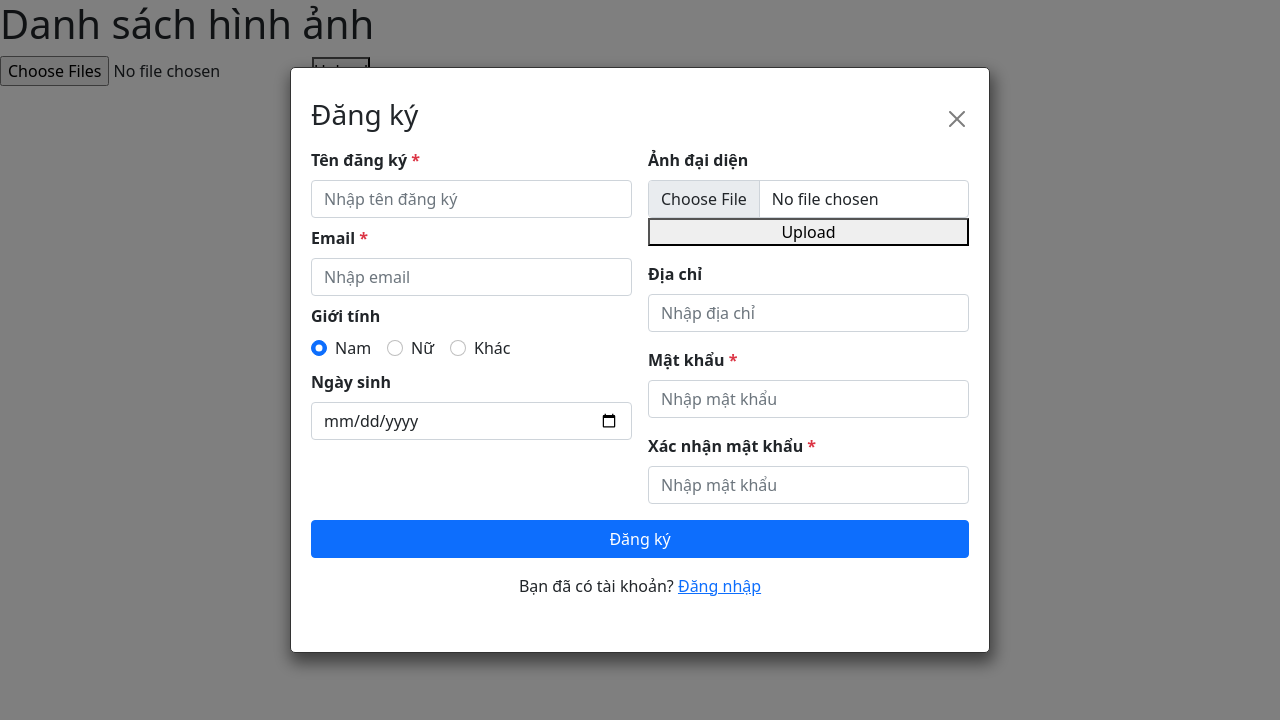
Repository: TinhTT336/MD02_Session14
Page: / (app in client/)
These files come from the project's save history. The page is drawn as it stood at one moment and after the next save; the edit follows.
The browser window is 1280 px wide. The pictures show the whole page.
The page's requests for data from a server got no answer. The project was rebuilt for these pictures with package versions that can differ from the ones it lists, and the page was loaded fresh each time. No one was signed in, and anything a server would have sent is missing. Also part of the build but not shown: client/vite.config.js, client/src/components/register/Register.jsx, client/src/index.css.

Above is the page before, as saved 2023-09-14 11:13:53.

### client/index.html
<!DOCTYPE html>
<html lang="en">
  <head>
    <meta charset="UTF-8" />
    <link rel="icon" type="image/svg+xml" href="/vite.svg" />
    <meta name="viewport" content="width=device-width, initial-scale=1.0" />
    <title>Vite + React</title>
    <link
      href="https://cdn.jsdelivr.net/npm/bootstrap@5.0.2/dist/css/bootstrap.min.css"
      rel="stylesheet"
      integrity="sha384-EVSTQN3/azprG1Anm3QDgpJLIm9Nao0Yz1ztcQTwFspd3yD65VohhpuuCOmLASjC"
      crossorigin="anonymous"
    />
    <link
      rel="stylesheet"
      href="https://cdnjs.cloudflare.com/ajax/libs/font-awesome/6.4.2/css/all.min.css"
      integrity="sha512-z3gLpd7yknf1YoNbCzqRKc4qyor8gaKU1qmn+CShxbuBusANI9QpRohGBreCFkKxLhei6S9CQXFEbbKuqLg0DA=="
      crossorigin="anonymous"
      referrerpolicy="no-referrer"
    />
  </head>
  <body>
    <div id="root"></div>
    <script type="module" src="/src/main.jsx"></script>
  </body>
</html>

### client/src/App.jsx

import './App.css'
import UploadSingleFile from './components/UploadSingleFile'
import Register from './components/register/Register'
import RegisterWithImg from './components/register/RegisterWithImg'

function App() {

  return (
    <>
      <UploadSingleFile />
      {/* <Register /> */}
      <RegisterWithImg />
    </>
  )
}

export default App

### client/src/components/UploadSingleFile.jsx
import React, { useEffect, useState } from 'react'
import { storage } from "../firebase/configFirebase";
import { getDownloadURL, listAll, ref, uploadBytes } from 'firebase/storage';
import ReactPlayer from 'react-player'
// import React, { useState } from 'react';

export default function UploadSingleFile() {
    const [imageUpload, setImageUpload] = useState(null);
    const [imageUrls, setImageUrls] = useState([]);

    //tao 1 tham chieu den thu muc chua kho anh tren firebase
    const imageListRef = ref(storage, 'images/')

    // ham upload file len Firebase
    const uploadFiles = (files) => {
        //xu ly duoc tac vu them nhieu file=> bat dong bo=> su dung Promise
        Promise.all(files.map(file => {
            //tao 1 tham chieu <=>tao 1 folder tren firebase
            const imageRef = ref(storage, `images/${file.name}`);
            return uploadBytes(imageRef, file).then(snapshot => {
                return getDownloadURL(snapshot.ref);
            }).then(urls => {
                //tra ve danh sach cac URL
                setImageUrls((prev => [...prev, urls]))
            })
        }))
    }

    const handleSelectFiles = (e) => {
        //lay tat ca cac gia tri trong o input co type="file"
        const files = Array.from(e.target.files);
        // console.log(files);
        setImageUpload(files);
    }
    //khi click vao nut upload thi tien hanh upload len firebase
    const handleUpload = (e) => {
        if (!imageUpload) {
            return;
        } else {
            uploadFiles(imageUpload)
        }
    }

    // lay url tren firebase
    useEffect(() => {
        listAll(imageListRef).then(response => {
            //response tra ve la 1 mang danh sach cac URL
            response.items.forEach(item => {
                getDownloadURL(item).then(url => {
                    //danh sach url
                    setImageUrls((prev) => [...prev, url]);
                })
            })
        })
    }, []);

    return (
        <>
            <h1>Danh sách hình ảnh</h1>
            <div style={{ display: "flex", gap: 10, }}>
                {imageUrls.map(url => (
                    // <img src={url} alt="anh" key={url} height={200} width={200} style={{ objectFit: "cover" }} />
                    <ReactPlayer url={url} controls={true} />
                ))}
            </div >
            <input type="file" onChange={handleSelectFiles} multiple />
            <button onClick={handleUpload}>Upload</button>
        </>
    )
}

### client/src/components/register/RegisterWithImg.jsx
import React, { useEffect, useState } from 'react'
// import { storage } from "../firebase/configFirebase";
import { storage } from "../../firebase/configFirebase";
import { getDownloadURL, listAll, ref, uploadBytes } from 'firebase/storage';
import ReactPlayer from 'react-player'

export default function RegisterWithImg() {
    const [imageUpload, setImageUpload] = useState(null);
    const [imageUrls, setImageUrls] = useState([]);

    //tao 1 tham chieu den thu muc chua kho anh tren firebase
    const imageListRef = ref(storage, 'images/')

    // ham upload file len Firebase
    const uploadFiles = (files) => {
        //xu ly duoc tac vu them nhieu file=> bat dong bo=> su dung Promise
        Promise.all(files.map(file => {
            //tao 1 tham chieu <=>tao 1 folder tren firebase
            const imageRef = ref(storage, `images/${file.name}`);
            return uploadBytes(imageRef, file).then(snapshot => {
                return getDownloadURL(snapshot.ref);
            }).then(urls => {
                //tra ve danh sach cac URL
                setImageUrls((prev => [...prev, urls]))
            })
        }))
    }

    const handleSelectFiles = (e) => {
        //lay tat ca cac gia tri trong o input co type="file"
        const files = Array.from(e.target.files);
        // console.log(files);
        setImageUpload(files);
    }
    //khi click vao nut upload thi tien hanh upload len firebase
    const handleUpload = (e) => {
        if (!imageUpload) {
            return;
        } else {
            uploadFiles(imageUpload)
        }
    }

    // lay url tren firebase
    useEffect(() => {
        listAll(imageListRef).then(response => {
            //response tra ve la 1 mang danh sach cac URL
            response.items.forEach(item => {
                getDownloadURL(item).then(url => {
                    //danh sach url
                    setImageUrls((prev) => [...prev, url]);
                })
            })
        })
    }, []);

    const [gender, setGender] = useState(0);

    // danh sach gender
    const listGender = [
        {
            id: 0,
            title: "Nam"
        },
        {
            id: 1,
            title: "Nữ"
        },
        {
            id: 2,
            title: "Khác"
        }
    ]

    const [user, setUser] = useState({
        user_name: '',
        gender: 0,
        dateOfBirth: "",
        email: '',
        address: "",
        password: '',
        role: 1,
        avatar: "",
        confirmPassword: "",
    });
    const [usernameError, setUsernameError] = useState("");
    const [emailError, setEmailError] = useState("");
    const [passwordError, setPasswordError] = useState("");
    const [confirmPasswordError, setConfirmPasswordError] = useState("");


    // ham validate du lieu
    const validateData = (nameInput, valueInput) => {
        switch (nameInput) {
            case "user_name":
                if (!valueInput) {
                    setUsernameError("Tên không được để trống");
                    return;
                } else {
                    setUsernameError("");
                    return;
                }
            case "email":
                if (!valueInput) {
                    setEmailError("Email không được để trống");
                    return;
                }
                else if (valueInput.test(/^[\w-\.]+@([\w-]+\.)+[\w-]{2,4}$/)) {
                    setEmailError("Email không đúng định dạng");
                } else {
                    setEmailError("");
                    return;
                }
            case "password":
                if (!valueInput) {
                    setPasswordError("Password không được để trống");
                    return;
                }
                else if (valueInput.length < 4) {
                    setPasswordError("Password tối thiểu 4 ký tự");
                } else {
                    setPasswordError("");
                    return;
                }
            case "confirmPassword":
                if (!valueInput) {
                    setConfirmPasswordError("Mật khẩu không được để trống")
                    return;
                } else if (valueInput !== user.password) {
                    setConfirmPasswordError("Mật khẩu không khớp");
                    return;
                } else {
                    setConfirmPasswordError("");
                }
                break;
            default:
                break;
        }
    }

    // ham lay du lieu tu o input
    const handleChange = (e) => {
        const { name, value } = e.target;
        validateData(name, value);
        setUser({ ...user, [name]: value });
    }

    // ham submit
    const handleSubmit = (e) => {
        e.preventDefault();
        validateData("user_name", user.user_name)
        validateData("email", user.email)
        validateData("password", user.password)
        validateData("confirmPassword", user.confirmPassword)
        // console.log(user);
        if (user.user_name && user.email && user.password && user.confirmPassword) {
            const newUser = {
                user_name,
                gender,
                dateOfBirth,
                email,
                address,
                password,
                role: 1,
                avatar,
            }
        }

    }

    return (
        <>
            <div className='container-login'>
                <form className='form-login' onSubmit={handleSubmit}>
                    <div className='d-flex justify-content-between align-items-center mb-2'>
                        <h3>Đăng ký</h3>
                        <div className='btn btn-close'></div>
                    </div>
                    <div className='d-flex justify-content-between gap-10'>
                        <div className='w-50 me-3'>
                            <div className='form-group mb-2'>
                                <label className='form-label' htmlFor="user_name">Tên đăng ký <span className="text-danger">*</span></label>
                                <input onChange={handleChange} className="form-control" type="text" name="user_name" id="user_name" placeholder='Nhập tên đăng ký'
                                />
                                {usernameError && <div className='text-err mt-1'>{usernameError}</div>}
                            </div>
                            <div className='form-group mb-2'>
                                <label className='form-label' htmlFor="email">Email <span className="text-danger">*</span></label>
                                <input onChange={handleChange} className="form-control" type="text" name="email" id="email"
                                    placeholder='Nhập email' />
                                {emailError && <div className='text-err mt-1'>{emailError}</div>}
                            </div>
                            <div className='d-flex flex-column'>
                                <label htmlFor="gender" className="form-label me-4">
                                    Giới tính
                                </label>
                                <div className='d-flex'>
                                    {listGender.map(g => (
                                        <div className="form-check me-3" key={g.id}>
                                            <input
                                                className="form-check-input"
                                                type="radio" checked={g.id === gender}
                                                name="gender" onChange={() => setGender(g.id)}
                                            />
                                            <label className="form-check-label" htmlFor="gender">{g.title}</label>
                                        </div>
                                    ))}
                                </div>
                            </div>
                            <div className='form-group mb-2 mt-2'>
                                <label className='form-label' htmlFor="dateOfBirth">Ngày sinh</label>
                                <input onChange={handleChange} className='form-control' type="date" name="dateOfBirth" id="dateOfBirth" placeholder='Nhập ngày sinh'
                                />
                            </div>
                        </div>
                        <div className='w-50'>
                            <div className='form-group mb-3'>
                                <label className='form-label' htmlFor="avatar">Ảnh đại diện</label>
                                <div style={{ display: "flex", gap: 10, }}>
                                    {imageUrls.map(url => (
                                        <img src={url} alt="anh" key={url} height={100} width={100} style={{ objectFit: "cover", border: "50%" }} />
                                    ))}
                                </div >
                                <input type="file" onChange={handleSelectFiles} className='form-control' name="avatar" id="avatar" />
                                <button onClick={handleUpload}>Upload</button>
                            </div>
                            <div className='form-group mb-3'>
                                <label className='form-label' htmlFor="address">Địa chỉ</label>
                                <input onChange={handleChange} className='form-control' type="text" name="address" id="address" placeholder='Nhập địa chỉ'
                                />
                            </div>
                            <div className='form-group mb-3'>
                                <label className='form-label' htmlFor="password">Mật khẩu <span className="text-danger">*</span></label>
                                <input onChange={handleChange} className="form-control" type="password" name="password" id="password" placeholder='Nhập mật khẩu'
                                />
                                {passwordError && <div className='text-err mt-1'>{passwordError}</div>}
                            </div>
                            <div className='form-group mb-3'>
                                <label className='form-label' htmlFor="confirmPassword">Xác nhận mật khẩu <span className="text-danger">*</span></label>
                                <input onChange={handleChange} className='form-control' type="password" name="confirmPassword" id="confirmPassword" placeholder='Nhập mật khẩu'
                                />
                                {confirmPasswordError && <div className='text-err mt-1'>{confirmPasswordError}</div>}
                            </div>
                        </div>
                    </div>
                    <div className='mb-2'>
                        <button className='btn btn-primary w-100'>Đăng ký</button>
                    </div>
                    <p className='p-2 text-center' >Bạn đã có tài khoản? <a href='#'>Đăng nhập</a> </p>

                </form>
            </div>


        </>
    )
}

### client/src/firebase/configFirebase.js
import { initializeApp } from "firebase/app";
import { getStorage } from "firebase/storage";

const firebaseConfig = {
  apiKey: "AIzaSyD0Zt2OZZXnhp_y5Hbwztrgq-8yceFDboU",
  authDomain: "project-md02.firebaseapp.com",
  projectId: "project-md02",
  storageBucket: "project-md02.appspot.com",
  messagingSenderId: "1049986641086",
  appId: "1:1049986641086:web:83898ee5306dc048c982ef",
};

// Initialize Firebase - khoi tai firebase
const app = initializeApp(firebaseConfig);

//tao tham chieu den dich vu luu tru duoc su dung de tham chieu trong toan bo ung dung
const storage = getStorage(app);

// export ra ben ngoai de su dung
export { storage };

### client/src/components/register/register.css
.container-login {
  position: fixed;
  top: 0;
  bottom: 0;
  left: 0;
  right: 0;
  background: rgba(0, 0, 0, 0.5);
  display: flex;
  align-items: center;
  justify-content: center;
}
.form-login {
  padding: 30px 20px;
  border: 1px solid #333;
  width: 700px;
  background-color: #fff;
  border-radius: 5px;
  box-shadow: 2px 8px 16px 2px rgba(0, 0, 0, 0.5);
}
.form-group {
  display: flex;
  flex-direction: column;
}
.form-label {
  font-weight: 600;
}
.text-err {
  color: red;
  font-style: italic;
  font-size: 14px;
}
/* .text-err.border-err {
  border-color: red;
} */

Loaded but not shown: client/src/main.jsx (common file); client/src/App.css (common file)

After the next save:
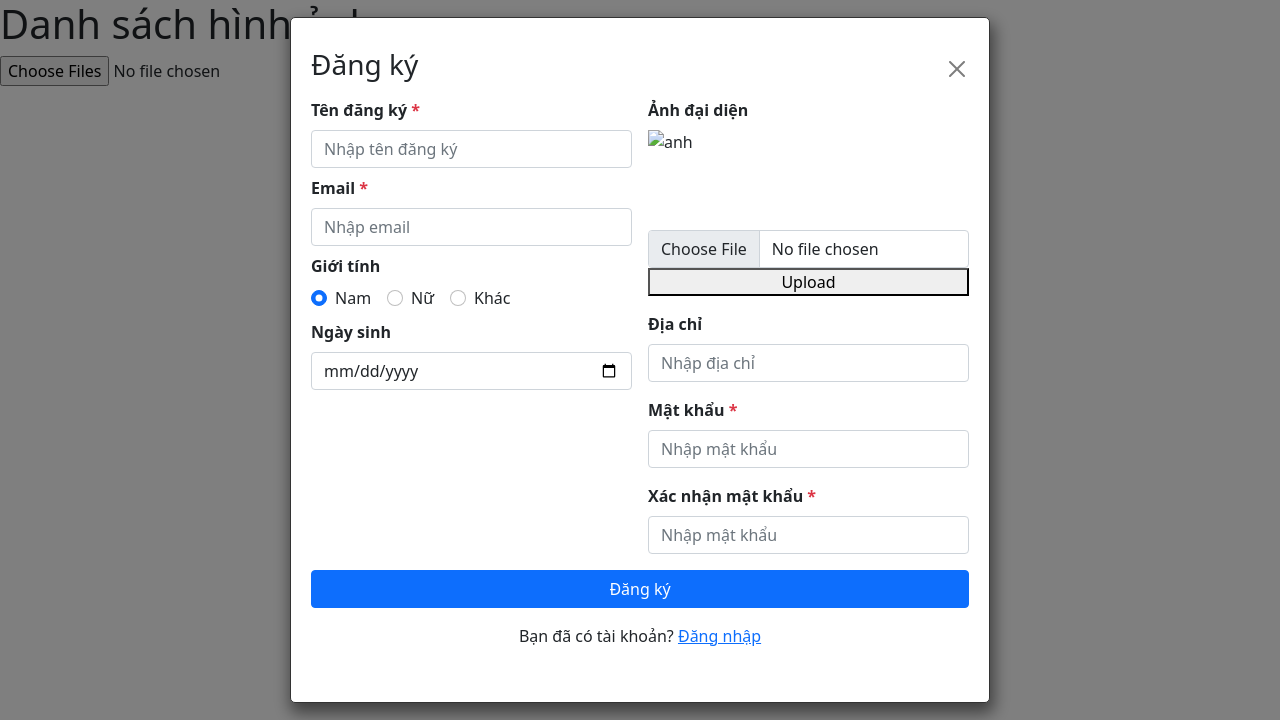
Saved 50 s later.
--- a/client/src/components/register/RegisterWithImg.jsx
+++ b/client/src/components/register/RegisterWithImg.jsx
@@ -217,9 +217,8 @@ export default function RegisterWithImg() {
                             <div className='form-group mb-3'>
                                 <label className='form-label' htmlFor="avatar">Ảnh đại diện</label>
                                 <div style={{ display: "flex", gap: 10, }}>
-                                    {imageUrls.map(url => (
-                                        <img src={url} alt="anh" key={url} height={100} width={100} style={{ objectFit: "cover", border: "50%" }} />
-                                    ))}
+
+                                    <img src={imageUrls} alt="anh" key={imageUrls} height={100} width={100} style={{ objectFit: "cover", border: "50%" }} />
                                 </div >
                                 <input type="file" onChange={handleSelectFiles} className='form-control' name="avatar" id="avatar" />
                                 <button onClick={handleUpload}>Upload</button>
